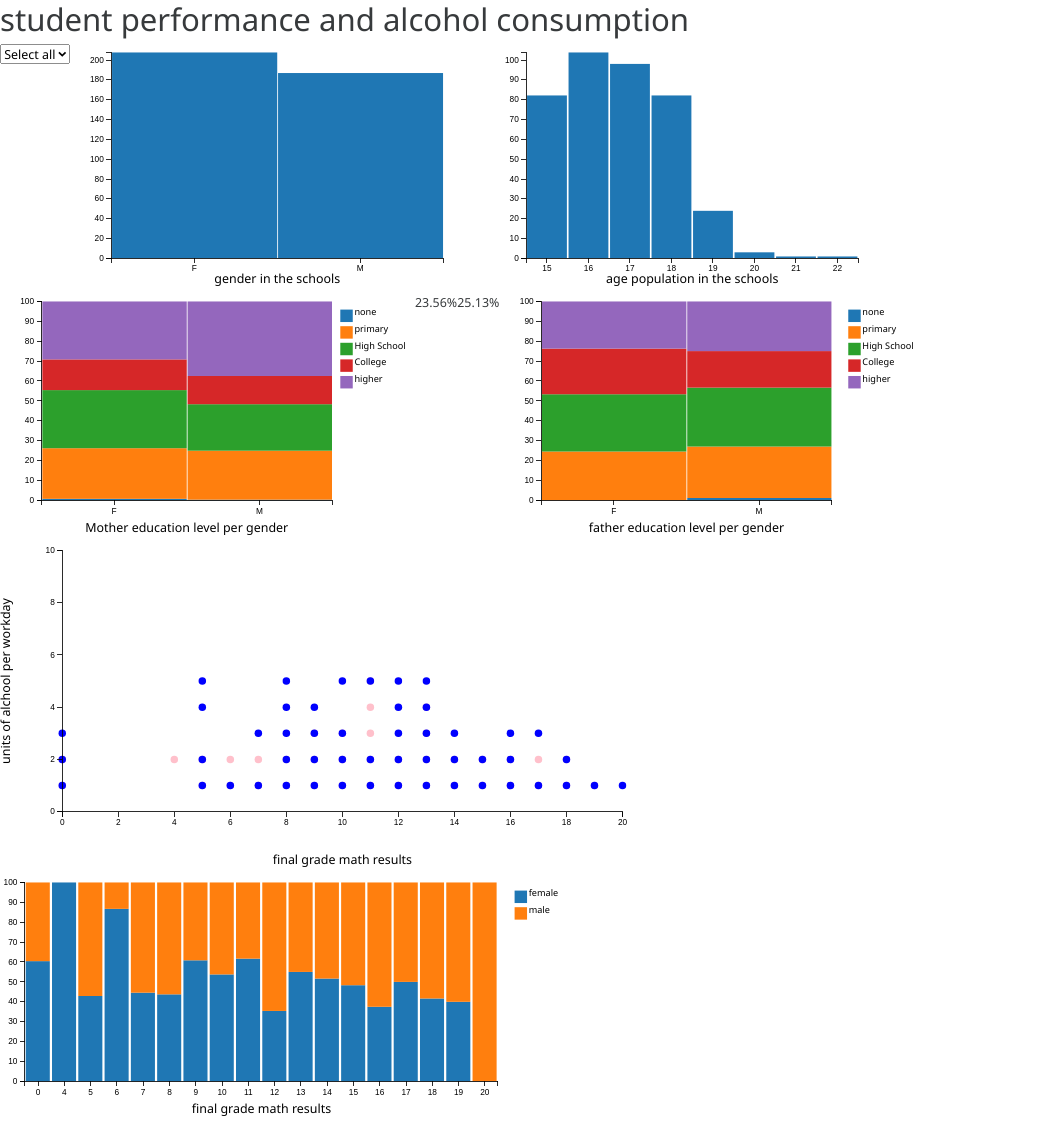
Repository: Baal89/second-milestone-project
Page: index.html
The author's editor kept a record of every edit. The page is drawn from the files as they stood at one moment, then again after the next edit.
The browser window is 1280 px wide. The pictures show the whole page, at 83% of full size.

Above is the page before.

After the next edit:
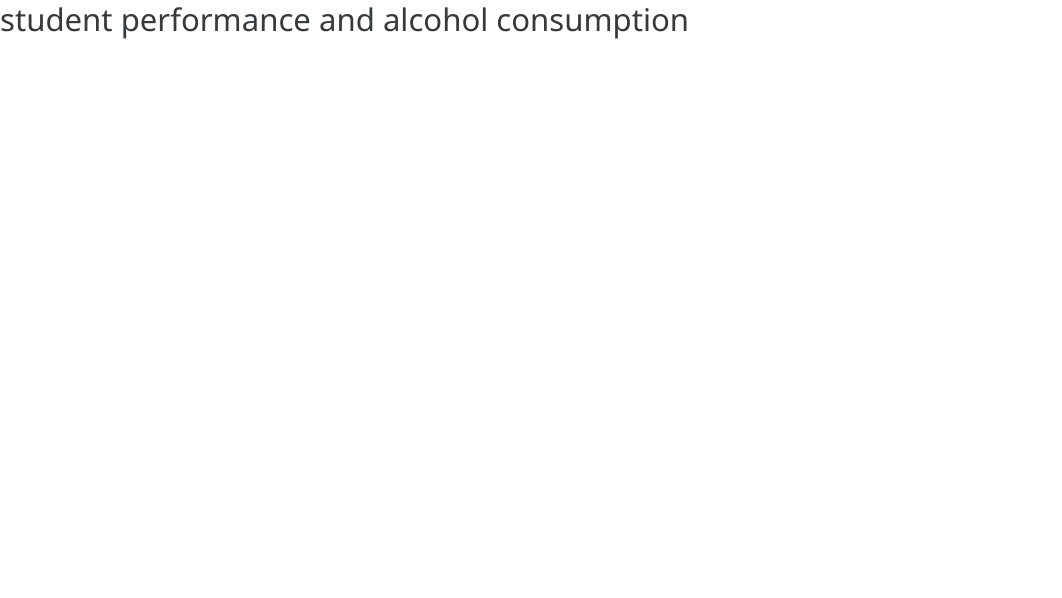
Console error: ReferenceError: show_percent_higher_education is not defined
The edit:
--- a/static/js/graph.js
+++ b/static/js/graph.js
@@ -184,7 +184,7 @@
         .margins({ top: 10, right: 100, bottom: 50, left: 50 });
 }
 
-function show_percent_higher_education(ndx, gender, element) {
+function show_percent_higher_mother_education(ndx, gender, element) {
     var percentageMotherHigherEducation = ndx.groupAll().reduce(
         function(p, v) {
             if (v.sex === gender) {

After the 5 edits that followed:
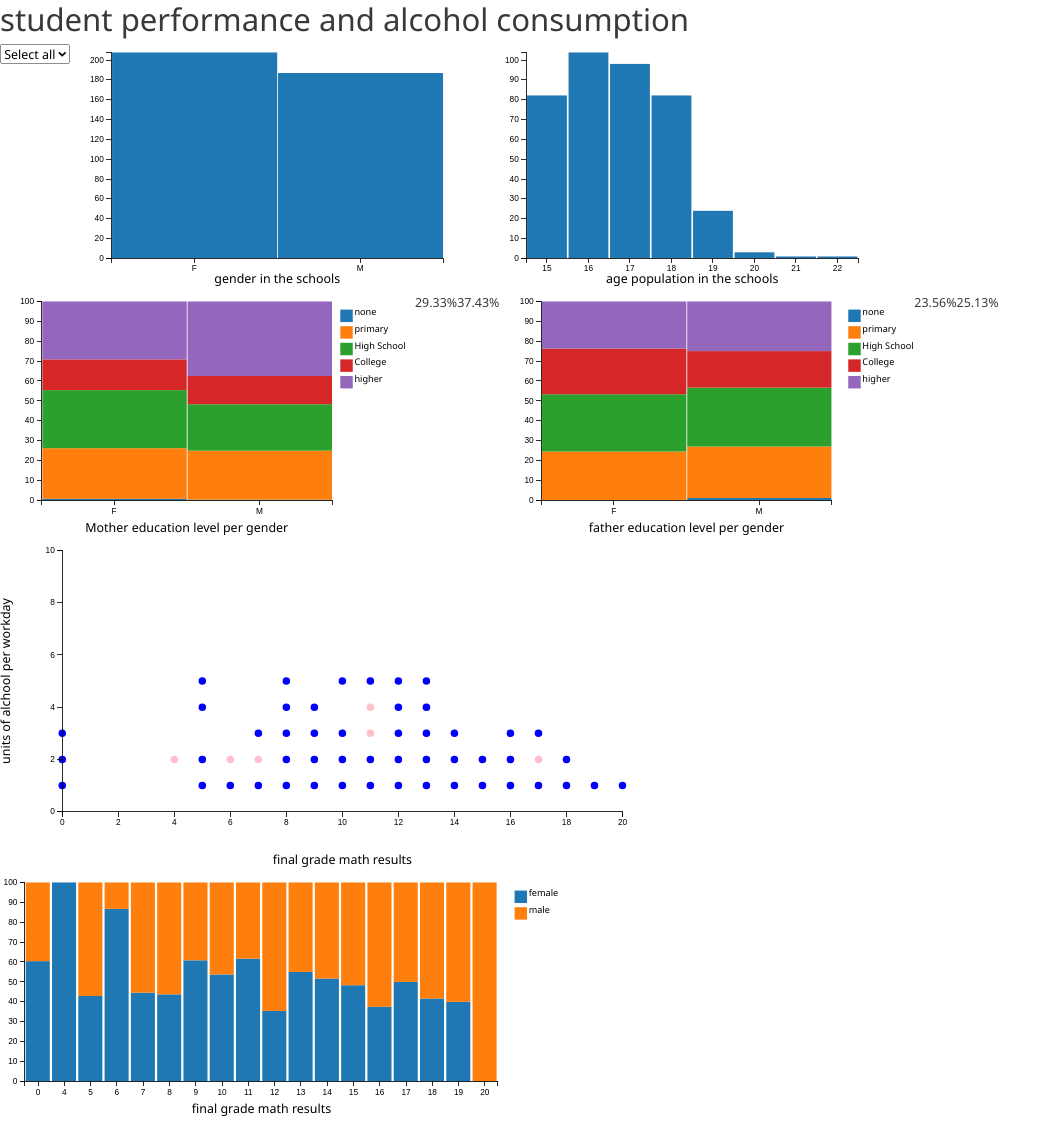
The error is gone.
The 5 edits are shown as one change because 4 left the picture as it was.
The edit:
--- a/static/js/graph.js
+++ b/static/js/graph.js
@@ -16,9 +16,10 @@
     show_mother_education(ndx);
     show_father_education(ndx);
 
-    show_percent_higher_education(ndx, "F", "#percentage-of-female-mother-higher-education");
-    show_percent_higher_education(ndx, "M", "#percentage-of-male-mother-higher-education");
-    //show_percent_father_higher_education(ndx);
+    show_percent_higher_mother_education(ndx, "F", "#percentage-of-female-mother-higher-education");
+    show_percent_higher_mother_education(ndx, "M", "#percentage-of-male-mother-higher-education");
+    show_percent_higher_father_education(ndx, "F","#percentage-of-female-father-higher-education");
+    show_percent_higher_father_education(ndx, "M","#percentage-of-male-father-higher-education");
 
     show_performance_to_workday_alcohol_cosumption(ndx);
 
@@ -189,6 +190,42 @@
         function(p, v) {
             if (v.sex === gender) {
                 p.count++;
+                if(v.Medu === "4") {
+                    p.are_higher++;
+                }
+            }
+            return p;
+        },
+        function(p, v) {
+            if (v.sex === gender) {
+                p.count--;
+                if(v.Medu === "4") {
+                    p.are_higher--;
+                }
+            }
+            return p;
+        },
+        function() {
+            return {count: 0, are_higher: 0};
+        },
+    );
+   dc.numberDisplay(element)
+        .formatNumber(d3.format(".2%"))
+        .valueAccessor(function (d) {
+            if (d.count == 0) {
+                return 0;
+            } else {
+                return (d.are_higher / d.count);
+            }
+        })
+        .group(percentageMotherHigherEducation);
+}
+
+ function show_percent_higher_father_education(ndx, gender, element) {
+       var percentageFatherHigherEducation = ndx.groupAll().reduce(
+        function(p, v) {
+            if (v.sex === gender) {
+                p.count++;
                 if(v.Fedu === "4") {
                     p.are_higher++;
                 }
@@ -217,8 +254,8 @@
                 return (d.are_higher / d.count);
             }
         })
-        .group(percentageMotherHigherEducation);
-}
+        .group(percentageFatherHigherEducation);
+ }
 
 function show_performance_to_workday_alcohol_cosumption(ndx) {
 
